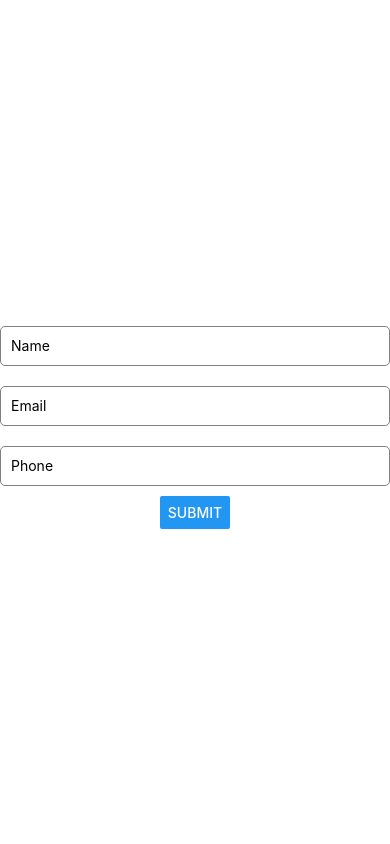
Repository: sweety-124/hse-apps
Screen: /
These files come from the project's save history. The screen is drawn as it stood at one moment and after the next save; the edit follows.
The app was drawn by React Native's web renderer in a window 390 px wide. The project was rebuilt for these pictures with package versions that can differ from the ones it lists, and the page was loaded fresh each time.

Above is the screen before, as saved 2023-02-28 12:24:59.

### App.tsx
import { StatusBar } from 'expo-status-bar';
import { StyleSheet, Text, View } from 'react-native';
import FormSubmission from './components/form';

export default function App() {
  return (
    <View style={styles.container}>
      <FormSubmission/>
      {/* <Text>Open up App.tsx to start working on your app!</Text> */}
      <StatusBar style="auto" />
    </View>
  );
}

const styles = StyleSheet.create({
  container: {
    flex: 1,
    backgroundColor: '#fff',
    alignItems: 'center',
    justifyContent: 'center',
  },
});

### components/form.tsx
import React, { useState } from 'react';
import { View, TextInput, Button, StyleSheet, Alert } from 'react-native';

const FormSubmission = () => {
  const [name, setName] = useState('');
  const [email, setEmail] = useState('');
  const [phone, setPhone] = useState('');

  const handleFormSubmit = () => {
    // Perform form validation and submission here
    console.log('data',name)
    Alert.alert('Form submitted successfully!');
  };

  return (
    <View style={styles.container}>
      <TextInput
        style={styles.input}
        placeholder="Name"
        value={name}
        onChangeText={setName}
      />
      <TextInput
        style={styles.input}
        placeholder="Email"
        value={email}
        onChangeText={setEmail}
        keyboardType="email-address"
      />
      <TextInput
        style={styles.input}
        placeholder="Phone"
        value={phone}
        onChangeText={setPhone}
        keyboardType="phone-pad"
      />
      <Button title="Submit" onPress={handleFormSubmit} />
    </View>
  );
};

const styles = StyleSheet.create({
  container: {
    flex: 1,
    justifyContent: 'center',
    alignItems: 'center',
    margin: 20,
    minWidth:'100%'
  },
  input: {
    height: 40,
    width: '100%',
    borderColor: 'gray',
    borderWidth: 1,
    borderRadius: 5,
    marginVertical: 10,
    paddingHorizontal: 10,
  },
});

export default FormSubmission;

After the next save:
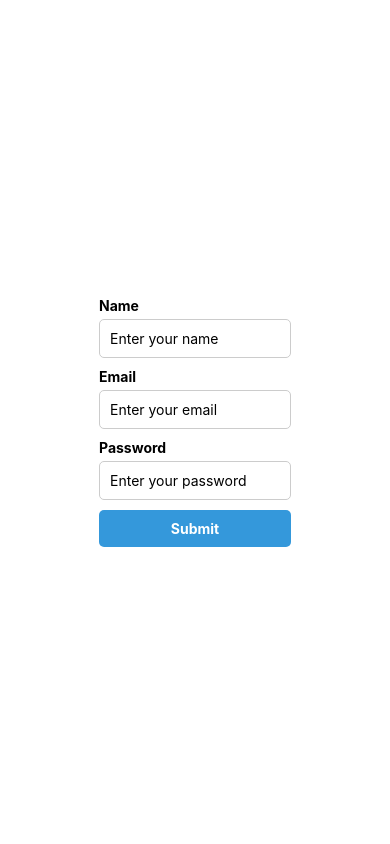
Saved 7 min 19 s later.
--- a/components/form.tsx
+++ b/components/form.tsx
@@ -1,41 +1,60 @@
 import React, { useState } from 'react';
-import { View, TextInput, Button, StyleSheet, Alert } from 'react-native';
+import {
+  StyleSheet,
+  TextInput,
+  View,
+  Text,
+  TouchableOpacity,
+  KeyboardAvoidingView,
+  Platform,
+} from 'react-native';
 
 const FormSubmission = () => {
   const [name, setName] = useState('');
   const [email, setEmail] = useState('');
-  const [phone, setPhone] = useState('');
+  const [password, setPassword] = useState('');
 
-  const handleFormSubmit = () => {
-    // Perform form validation and submission here
-    console.log('data',name)
-    Alert.alert('Form submitted successfully!');
+  const handleSubmit = () => {
+    // Perform form submission logic here
   };
 
   return (
-    <View style={styles.container}>
-      <TextInput
-        style={styles.input}
-        placeholder="Name"
-        value={name}
-        onChangeText={setName}
-      />
-      <TextInput
-        style={styles.input}
-        placeholder="Email"
-        value={email}
-        onChangeText={setEmail}
-        keyboardType="email-address"
-      />
-      <TextInput
-        style={styles.input}
-        placeholder="Phone"
-        value={phone}
-        onChangeText={setPhone}
-        keyboardType="phone-pad"
-      />
-      <Button title="Submit" onPress={handleFormSubmit} />
-    </View>
+    <KeyboardAvoidingView
+      behavior={Platform.OS === 'ios' ? 'padding' : 'height'}
+      style={styles.container}
+    >
+      <View style={styles.form}>
+        <Text style={styles.label}>Name</Text>
+        <TextInput
+          style={styles.input}
+          value={name}
+          onChangeText={setName}
+          placeholder="Enter your name"
+        />
+        <Text style={styles.label}>Email</Text>
+        <TextInput
+          style={styles.input}
+          value={email}
+          onChangeText={setEmail}
+          placeholder="Enter your email"
+        />
+        <Text style={styles.label}>Password</Text>
+        <TextInput
+          style={styles.input}
+          value={password}
+          onChangeText={setPassword}
+          placeholder="Enter your password"
+          secureTextEntry={true}
+        />
+        <TouchableOpacity
+          style={styles.button}
+          onPress={handleSubmit}
+          disabled={!name || !email || !password}
+        >
+          <Text style={styles.buttonText}>Submit</Text>
+        </TouchableOpacity>
+      </View>
+    </KeyboardAvoidingView>
   );
 };
 
@@ -44,17 +63,31 @@ const styles = StyleSheet.create({
     flex: 1,
     justifyContent: 'center',
     alignItems: 'center',
-    margin: 20,
-    minWidth:'100%'
+    backgroundColor: '#fff',
+  },
+  form: {
+    width: '80%',
+  },
+  label: {
+    fontWeight: 'bold',
+    marginBottom: 5,
   },
   input: {
-    height: 40,
-    width: '100%',
-    borderColor: 'gray',
     borderWidth: 1,
+    borderColor: '#ccc',
     borderRadius: 5,
-    marginVertical: 10,
-    paddingHorizontal: 10,
+    marginBottom: 10,
+    padding: 10,
+  },
+  button: {
+    backgroundColor: '#3498db',
+    padding: 10,
+    borderRadius: 5,
+    alignItems: 'center',
+  },
+  buttonText: {
+    color: '#fff',
+    fontWeight: 'bold',
   },
 });
 
